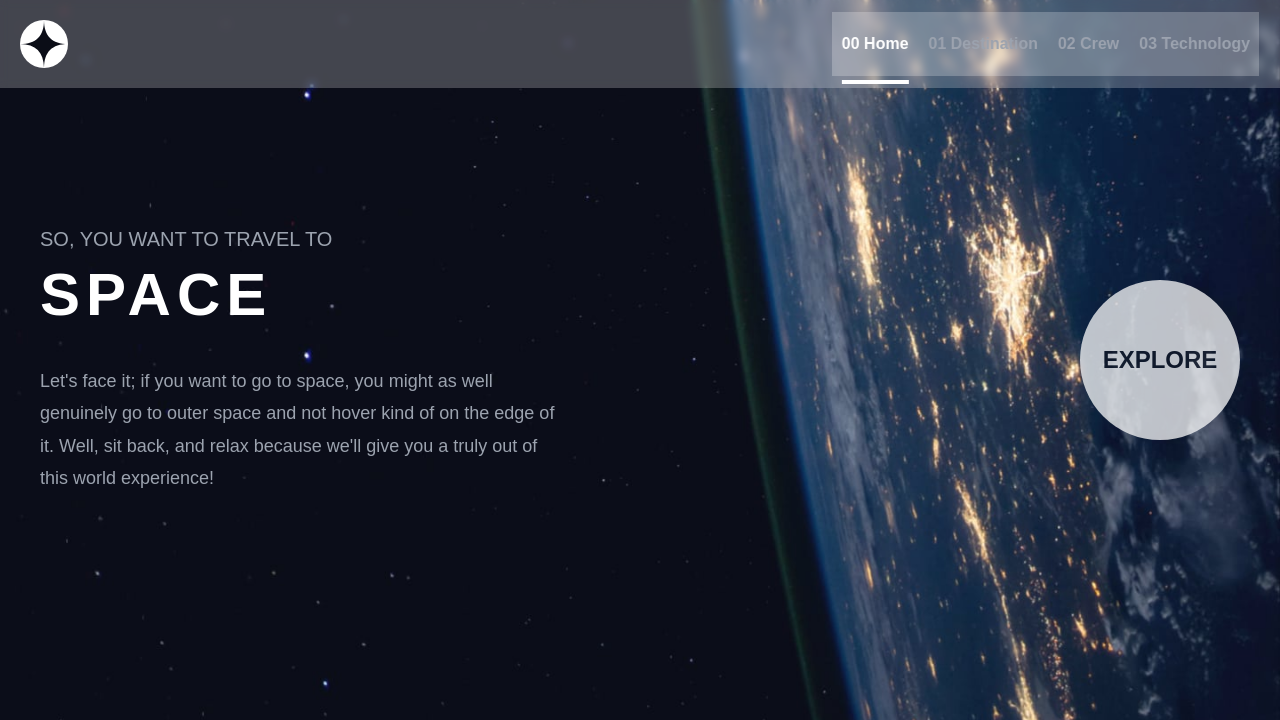
Repository: OmniaRafat232111121/Space-Toursim
Page: /
These files come from the project's save history. The page is drawn as it stood at one moment and after a run of saves; the edit follows.
The browser window is 1280 px wide. The pictures show the whole page.
Some web fonts or font styles are not loaded; a fallback is used. The project was rebuilt for these pictures with package versions that can differ from the ones it lists, and the page was loaded fresh each time. Also part of the build but not shown: src/components/Destination.js, src/components/Crew.js, src/components/Technology.js, src/components/Error.js.

Above is the page before, as saved 2022-08-09 15:46:37.

After the next 2 saves:
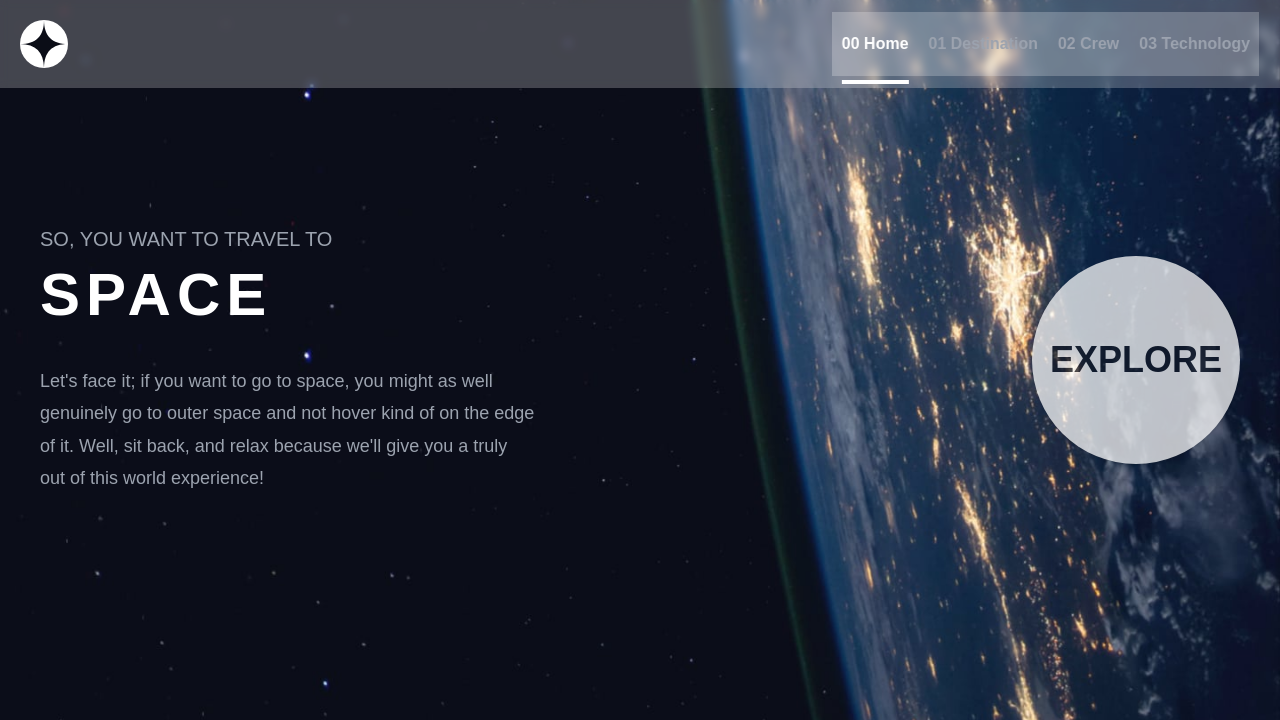
The 2 saves are shown as one change because they came seconds apart.
The last was saved 15 s later.
--- a/src/components/Home.js
+++ b/src/components/Home.js
@@ -19,7 +19,7 @@ export default function Home() {
             </p>
       </article>
       <article>
-      <button className="bg-white text-gray-900 font-bold uppercase text-2xl w-40 h-40 rounded-full  mt-10 md:mt-0 animate-pulse">
+      <button className="bg-white text-gray-900 font-bold uppercase text-2xl w-40 h-40 rounded-full shadow xl:h-52 xl:w-52 xl:text-4xl   mt-10 md:mt-0 animate-pulse">
         Explore
       </button>
     </article>
